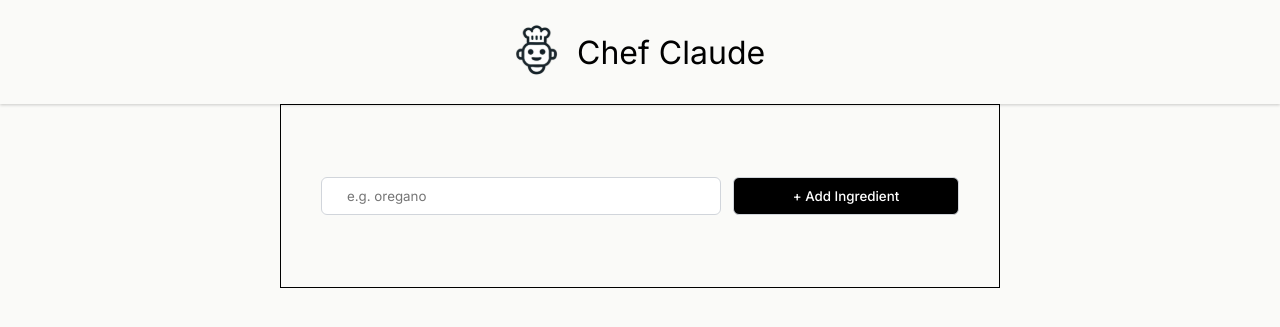
Repository: AchrafAzzaoui/Chef_Claude--React_Course_Scrimba_Project
Page: / (app in project/)
The author's editor kept a copy of each file at every save. The page is drawn from the files as they stood at one save, then again after the next save.
The browser window is 1280 px wide. The pictures show the whole page.
The project was rebuilt for these pictures with package versions that can differ from the ones it lists, and the page was loaded fresh each time. Also part of the build but not shown: project/vite.config.js.

Above is the page before, as saved 2024-12-01 14:38:59.

After the next save:
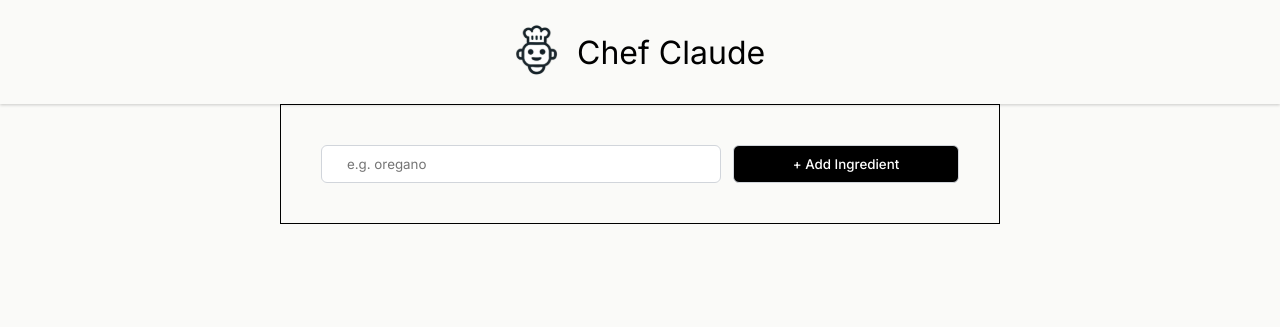
Saved 17 s later.
--- a/project/index.css
+++ b/project/index.css
@@ -36,7 +36,7 @@
 /* Form styling for add ingredient form */
 
 .add-ingredient-form {
-  padding: 2em 0;
+  padding: 0;
   max-width: 720px;
   margin: 0 auto;
 }

After the save that followed:
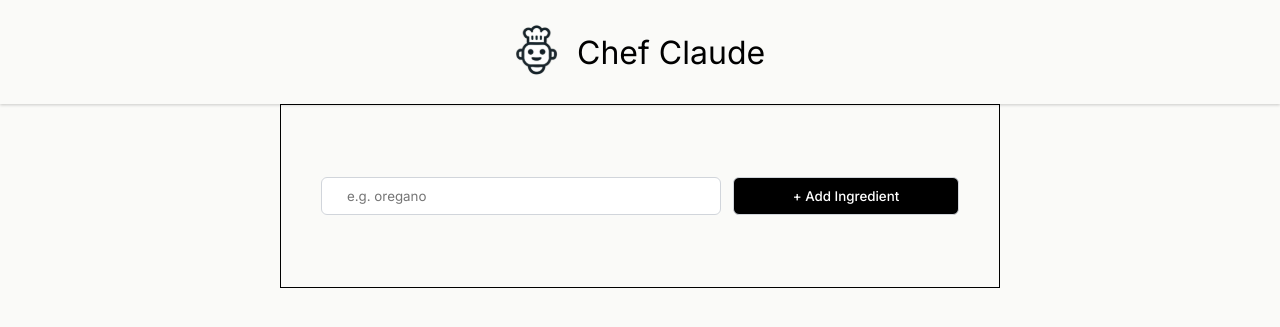
Saved 10 s later.
--- a/project/index.css
+++ b/project/index.css
@@ -36,7 +36,7 @@
 /* Form styling for add ingredient form */
 
 .add-ingredient-form {
-  padding: 0;
+  padding: 2em 0;
   max-width: 720px;
   margin: 0 auto;
 }
